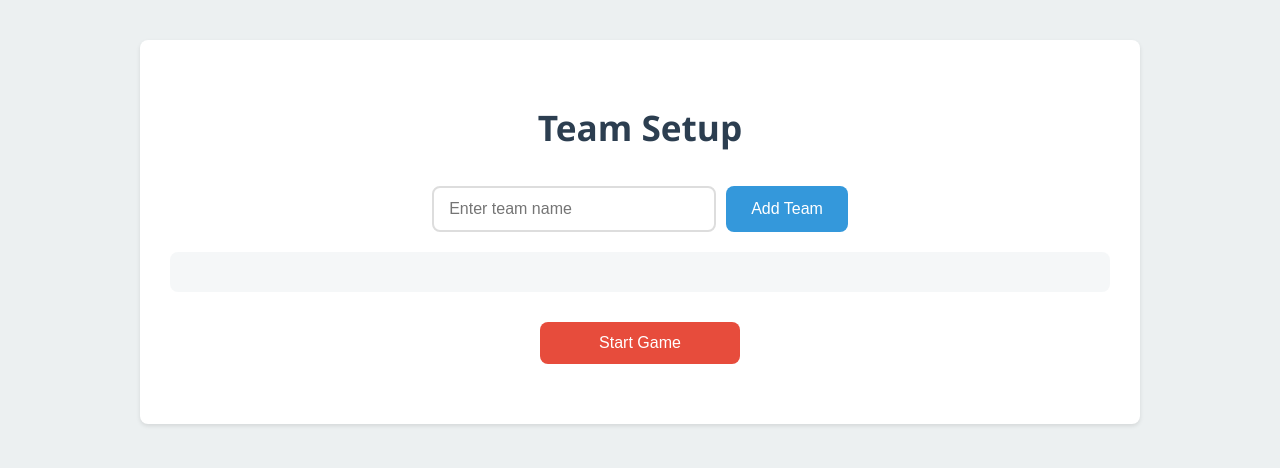
Repository: oscarfco/oscarfco.github.io
Page: projects/trivia_night/index.html
An editor plug-in stored every save of this project. The page is shown before and after the next save, followed by the edit.
The browser window is 1280 px wide. The pictures show the whole page.

Above is the page before, as saved 2025-01-25 16:17:12.

After the next save:
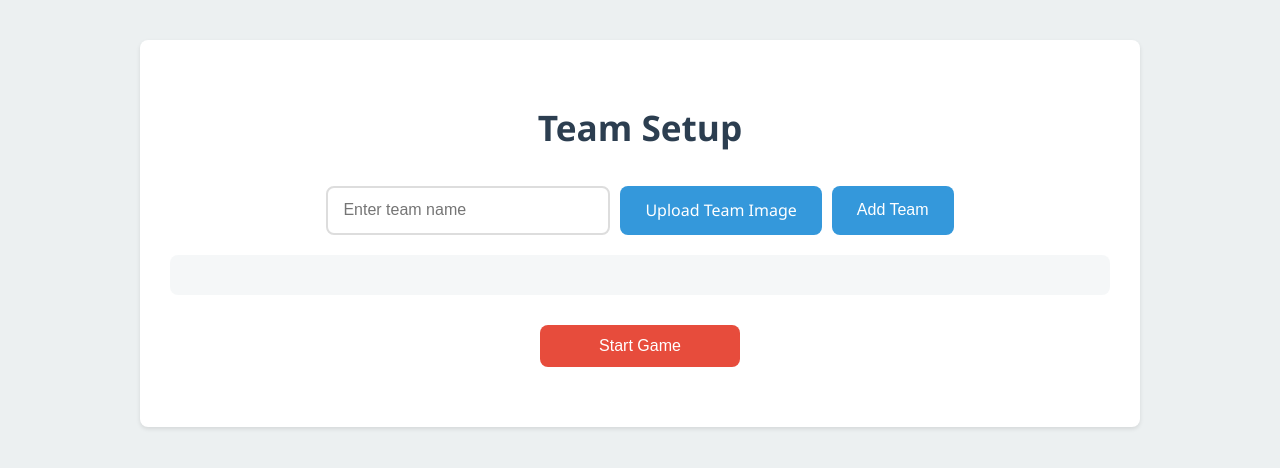
Saved 16 s later.
--- a/projects/trivia_night/index.html
+++ b/projects/trivia_night/index.html
@@ -550,6 +550,74 @@
         .cancel-btn:hover {
             background-color: #7f8c8d !important;
         }
+
+        .team-image-container {
+            width: 40px;
+            height: 40px;
+            border-radius: 50%;
+            overflow: hidden;
+            margin-right: 10px;
+            display: inline-flex;
+            align-items: center;
+            justify-content: center;
+            background-color: var(--secondary-color);
+        }
+
+        .team-image {
+            width: 100%;
+            height: 100%;
+            object-fit: cover;
+        }
+
+        .team-image-placeholder {
+            color: white;
+            font-weight: bold;
+            font-size: 1.2em;
+        }
+
+        .team-list-item {
+            display: flex;
+            align-items: center;
+            padding: 10px;
+            margin: 5px 0;
+            background: white;
+            border-radius: var(--border-radius);
+            box-shadow: var(--shadow);
+        }
+
+        .team-row {
+            display: flex;
+            align-items: center;
+        }
+
+        .team-input-container {
+            display: flex;
+            gap: 10px;
+            justify-content: center;
+            margin-bottom: 20px;
+            flex-wrap: wrap;
+        }
+
+        #teamImageInput {
+            display: none;
+        }
+
+        .image-upload-label {
+            background-color: var(--secondary-color);
+            color: white;
+            padding: 12px 25px;
+            border-radius: var(--border-radius);
+            cursor: pointer;
+            font-size: 16px;
+            font-weight: 500;
+            transition: all 0.3s ease;
+        }
+
+        .image-upload-label:hover {
+            background-color: #2980b9;
+            transform: translateY(-2px);
+            box-shadow: 0 4px 8px rgba(0,0,0,0.1);
+        }
     </style>
 </head>
 <body>
@@ -558,6 +626,10 @@
         <h2>Team Setup</h2>
         <div class="team-input-container">
             <input type="text" id="teamNameInput" placeholder="Enter team name">
+            <label for="teamImageInput" class="image-upload-label">
+                Upload Team Image
+            </label>
+            <input type="file" id="teamImageInput" accept="image/*">
             <button onclick="addTeam()">Add Team</button>
         </div>
         <div id="teamList" class="team-list"></div>
